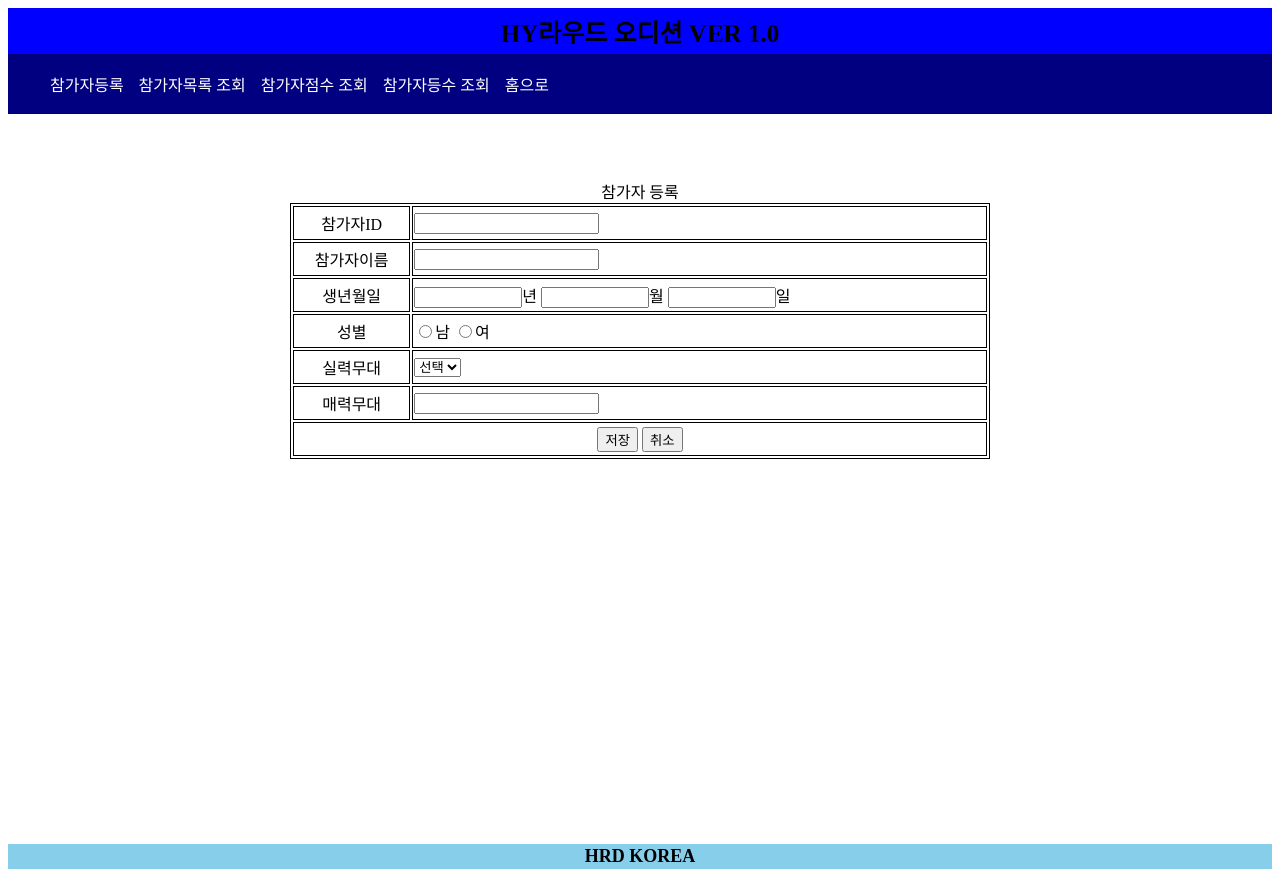
Repository: hoger96/java
Page: http://localhost/Audition/reg.go
The author's editor kept a copy of each file at every save. The page is drawn from the files as they stood at one save, then again after the next save.
The browser window is 1280 px wide. The pictures show the whole page.
The page is served by Tomcat 9. Other server files are loaded and not shown.

Above is the page before, as saved 2023-02-05 15:15:39.

### Audition/src/main/webapp/WEB-INF/views/reg.jsp
<%@ page language="java" contentType="text/html; charset=UTF-8"
    pageEncoding="UTF-8"%>
<!DOCTYPE html>
<html>
<head>
<meta charset="UTF-8">
<title>Insert title here</title>
<%
	String path = request.getContextPath();
%>
<link href="<%=path %>/css/index.css" rel="stylesheet">
<link href="<%=path %>/css/reg.css" rel="stylesheet">
</head>
<body>
<header>HY라우드 오디션 VER 1.0</header>
<nav>
	<ol>
		<li><a href="<%=path%>/reg.go">참가자등록</a></li>
		<li><a href="<%=path%>/list.go">참가자목록 조회</a></li>
		<li><a href="<%=path%>/score.go">참가자점수 조회</a></li>
		<li><a href="<%=path%>/rank.go">참가자등수 조회</a></li>
		<li><a href="index.jsp">홈으로</a></li>
	</ol>
</nav>
<section>
<form name="frm" action="/reg" method="post">
	<table>
		<caption>참가자 등록</caption>
		<tr>
			<td class="main">참가자ID</td>
			<td><input type="text" name="join_id"></td>
		</tr>
		<tr>
			<td class="main">참가자이름</td>
			<td><input type="text" name="join_nm"></td>
		</tr>
		<tr>
			<td class="main">생년월일</td>
			<td>
				<input type="text" class="bb" name="birth_y">년
				<input type="text" class="bb" name="birth_m">월
				<input type="text" class="bb" name="birth_d">일
			</td>
		</tr>
		<tr>
			<td class="main">성별</td>
			<td>
				<input type="radio" name="gender" value="M">남
				<input type="radio" name="gender" value="F">여
			</td>
		</tr>
		<tr>
			<td class="main">실력무대</td>
			<td>
				<select name="specialty">
					<option value="">선택</option>
					<option value="V">보컬</option>
					<option value="D">댄스</option>
					<option value="R">랩</option>
				</select>
			</td>
		</tr>
		<tr>
			<td class="main">매력무대</td>
			<td><input type="text" name="charm"></td>
		</tr>
		<tr>
			<td colspan="2" class="main">
				<button>저장</button>
				<button>취소</button>
			</td>
		</tr>
	</table>
</form>
</section>
<footer>HRD KOREA</footer>
</body>
</html>

### Audition/src/main/java/controller/RegServlet.java
package controller;

import java.io.IOException;

import javax.servlet.ServletException;
import javax.servlet.annotation.WebServlet;
import javax.servlet.http.HttpServlet;
import javax.servlet.http.HttpServletRequest;
import javax.servlet.http.HttpServletResponse;

import model.AuditionDao;
import model.AuditionService;
import model.PersonDto;

@WebServlet("/reg.go")
public class RegServlet extends HttpServlet{

	@Override
	protected void doGet(HttpServletRequest request, HttpServletResponse response) throws ServletException, IOException {

		AuditionDao dao = new AuditionDao();
		AuditionService s = new AuditionService(dao);

		request.getRequestDispatcher("WEB-INF/views/reg.jsp").forward(request, response);
	}

	@Override
	protected void doPost(HttpServletRequest request, HttpServletResponse response) throws ServletException, IOException {

		request.setCharacterEncoding("UTF-8");

		String join_id = request.getParameter("join_id");
		String join_nm = request.getParameter("join_nm");
		String birth_y = request.getParameter("birth_y");
		String birth_m = request.getParameter("birth_m");
		String birth_d = request.getParameter("birth_d");
		String gender = request.getParameter("gender");
		String specialty = request.getParameter("specialty");
		String charm = request.getParameter("charm");

		AuditionDao dao = new AuditionDao();
		AuditionService s = new AuditionService(dao);

		PersonDto dto = new PersonDto(join_id, join_nm, birth_y+birth_m+birth_d, gender, specialty, charm);
		s.insert(dto);

		response.sendRedirect("index.jsp");
	}
}

### Audition/src/main/java/model/AuditionDao.java
package model;

import java.sql.Connection;
import java.sql.DriverManager;
import java.sql.PreparedStatement;
import java.sql.SQLException;

public class AuditionDao {

	String driver = "oracle.jdbc.driver.OracleDriver";
	String url = "jdbc:oracle:thin:@localhost:1521:xe";
	String user = "system";
	String password = "1234";

	Connection con = null;

	private void dbCon() {
		try {
			Class.forName(driver);
			con = DriverManager.getConnection(url, user, password);

			if(con != null) {
				System.out.print("연결성공");
			}
		} catch (SQLException | ClassNotFoundException e) {
			// TODO Auto-generated catch block
			e.printStackTrace();
		}
	}

	public void insert(PersonDto dto) {
		dbCon();
		String sql = " insert into tbl_join values(?,?,?,?,?,?) ";

		try {
			PreparedStatement pst = con.prepareStatement(sql);

			pst.setString(1, dto.getJoin_id());
			pst.setString(2, dto.getJoin_nm());
			pst.setString(3, dto.getBirth());
			pst.setString(4, dto.getGender());
			pst.setString(5, dto.getSpecialty());
			pst.setString(6, dto.getCharm());

			pst.executeUpdate();

			pst.close();
			con.close();

		} catch (SQLException e) {
			// TODO Auto-generated catch block
			e.printStackTrace();
		}
	}
}

### Audition/src/main/java/model/AuditionService.java
package model;

public class AuditionService {

	AuditionDao dao;

	public AuditionService() {
		// TODO Auto-generated constructor stub
	}

	public AuditionService(AuditionDao dao) {
		super();
		this.dao = dao;
	}

	public void insert(PersonDto dto) {
		dao.insert(dto);
	}
}

### Audition/src/main/webapp/css/index.css
@charset "UTF-8";
header{
	padding:5px;
	text-align:center;
	color:black;
	background-color:blue;
	font-size:25px;
	font-weight:bold;
}
nav{
	padding:2px;
	background-color:navy;
}
nav ol{
	display:flex;
	list-style: none;
}
nav li{
	margin-right:15px;
}
a{
	text-decoration: none;
	color:white;
}
section{
	height:700px;
	padding:15px;
}
footer{
	padding:2px;
	background-color: skyblue;
	text-align:center;
	font-size:18px;
	font-weight: bold;
}

### Audition/src/main/webapp/css/reg.css
@charset "UTF-8";
table{
	width:700px;
	margin:50px auto;
	border:1px solid black;
}
td{
	border:1px solid black;
	height:30px;
}
.main{
	text-align:center;
}
.bb{
	width:100px;
}

After the next save:
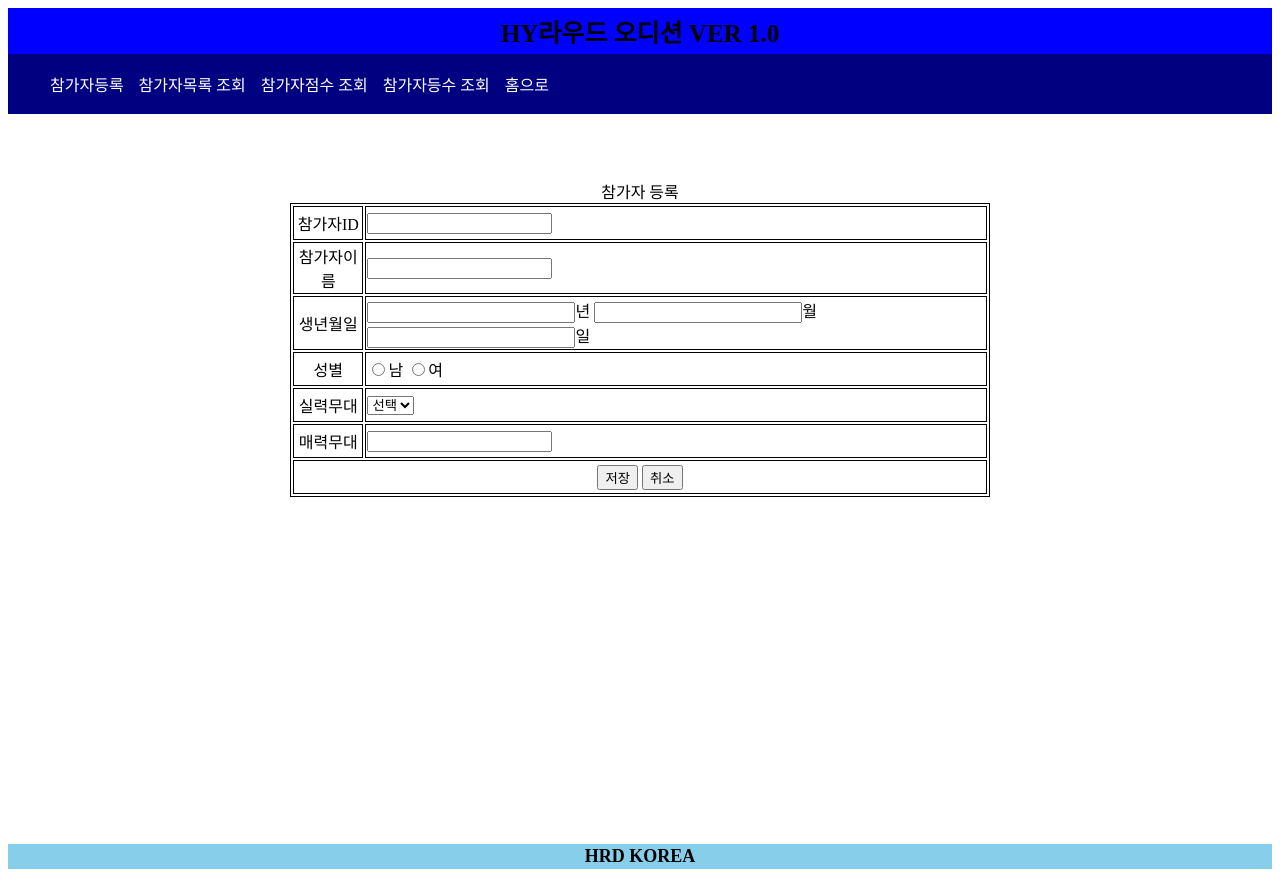
Saved 7 s later.
--- a/Audition/src/main/webapp/css/reg.css
+++ b/Audition/src/main/webapp/css/reg.css
@@ -12,5 +12,5 @@ td{
 	text-align:center;
 }
 .bb{
-	width:100px;
+	width:200px;
 }
